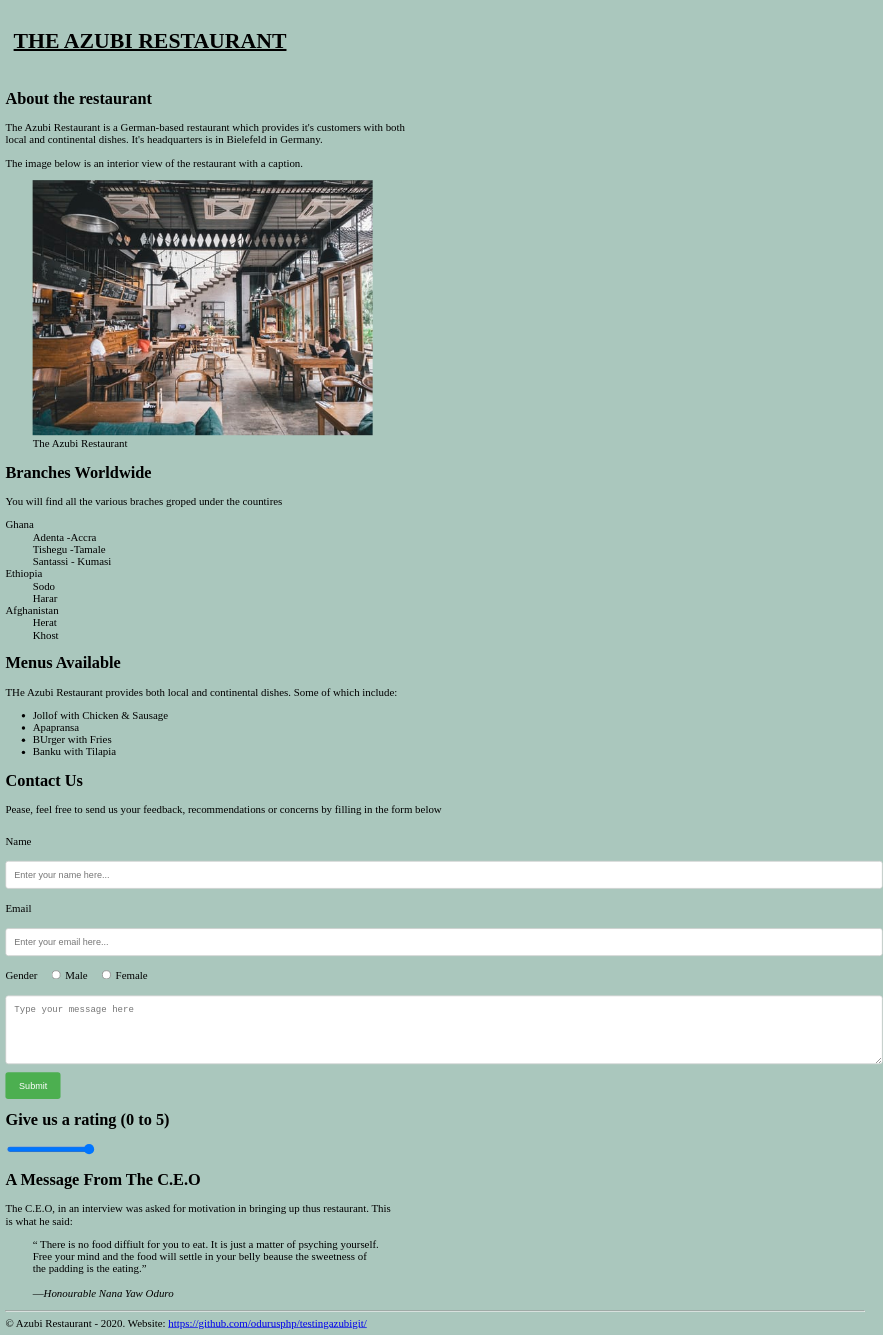
Repository: odurusphp/testingazubigit
Page: Fortune/FortunatusWulnye.html
An editor plug-in stored every save of this project. The page is shown before and after the next save, followed by the edit.
The browser window is 1280 px wide. The page is 1298 px wide, so the pictures cover 1298 px, including what lies to the right of the window. The pictures show the whole page, at 68% of full size.

Above is the page before, as saved 2020-08-02 13:39:42.

### Fortune/FortunatusWulnye.html
<!--COMMENTS THAT ARE MINE ARE WRITTEN IN CAPITAL LETTERS-->
<!--THE GENERAL STRUCTURE OF THE PAGE IS GOOD WITH THE INDENTATION TOO-->
<!--THE CLASSES THAT YOU IMPLEMENTED TOO ARE GREAT KEEP IT UP-->
<!DOCTYPE html>
<html lang="en">
  <head>

    <meta charset="UTF-8" />
    <meta name="viewport" content="width=device-width, initial-scale=1.0" />
    <title>The Azubi Restaurant</title>
    <meta name="descrition" content="A website for Azubi restaurant">
    <meta name="author" content="Fortunatus Aabangbio Wulnye">
    <link rel="stylesheet" href="css/style.css">

  </head>

  <body>

    <div class="main-container">
      <div class="mainHeading"></div>
        <h1><u>THE AZUBI RESTAURANT</u> </h1>
      </div>

      <div class="content">
        <div class="About">
          <h2>About the restaurant</h2>
          <p>
            The Azubi Restaurant is a German-based restaurant which provides
            it's customers with both <br />
            local and continental dishes. It's headquarters is in Bielefeld in
            Germany.
          </p>
          <p>
            The image below is an interior view of the restaurant with a caption.
          </p>
          <!--IN ADDING THE IMAGE YOU TYPED OUT THE SRC WRONGLY KINDLY TAKE NOTE AND DO WELL TO REVIEW YOUR PAGE ALWAYS-->
          <figure>
            <img
              src="images/FortununatusWulnyeRestaurant.jpg"
              alt="Azubi Restaurant"
            />
            <figcaption>The Azubi Restaurant</figcaption>
          </figure>
        </div>

        <div class="branches">
          <h2>Branches Worldwide</h2>
          <p>
            You will find all the various braches groped under the countires
          </p>
          <dl>
            <dt>Ghana</dt>
            <dd>Adenta -Accra</dd>
            <dd>Tishegu -Tamale</dd>
            <dd>Santassi - Kumasi</dd>

            <dt>Ethiopia</dt>
            <dd>Sodo</dd>
            <dd>Harar</dd>

            <dt>Afghanistan</dt>
            <dd>Herat</dd>
            <dd>Khost</dd>
          </dl>
        </div>

        <div class="menus">
          <h2>Menus Available</h2>
          <p>THe Azubi Restaurant provides both local and continental dishes. Some of which include:</p>
          <ul>
            <li>Jollof with Chicken & Sausage</li>
            <li>Apapransa</li>
            <li>BUrger with Fries</li>
            <li>Banku with Tilapia</li>
          </ul>
        </div>

        <div class="Contact">
          <h2>Contact Us</h2>
          <p>Pease, feel free to send us your feedback, recommendations or concerns by filling in the form below</p>
          <form action="" method="POST">
            <label for="fname">Name</label>
            <input type="text" name="fname" placeholder ="Enter your name here..." required> <br>

            <label for="email">Email</label>
            <input type="text" name="email" placeholder ="Enter your email here..." required> <br>

            <label for="gender">Gender</label>
            <input type="radio" id="male" value="male">
            <label for="gender">Male</label>
            <input type="radio" id="female" value="female">
            <label for="gender">Female</label> <br>

            <textarea name="message" id="" cols="20" rows="5" placeholder="Type your message here"></textarea> <br/>

            <input type="submit" value="Submit"  />
          </form>
          <br>

        </div>
        <br>

        <div class="rating">
          <h2>Give us a rating (0 to 5)</h2>
          <div class="slider">
             <input type="range" min="0" max="5" value="50">
          </div>
        </div>

        <div class="ceomessage">
          <h2>A Message From The C.E.O</h2>
          <P>The C.E.O, in an interview was asked for motivation in bringing up thus restaurant. This<br> is what he said: <blockquote> <q> There is no food diffiult for you to eat. It is just a matter of psyching yourself.<br> Free your mind and the food
          will settle in your belly beause the sweetness of <br> the padding is the eating.</q><br> <br>
        &mdash;<cite>Honourable Nana Yaw Oduro</cite>
      </blockquote>
           </P>
        </div>
        <hr />

        <footer>
          &copy; Azubi Restaurant - 2020. Website: <a
          href="https://github.com/odurusphp/testingazubigit/">https://github.com/odurusphp/testingazubigit/</a>
        </footer>
      </div>
    </div>

  </body>
</html>

### Fortune/css/style.css
body {
  background-color: rgb(170, 199, 189);
  box-sizing: border-box;
}

.main-container {
  border-radius: 2px;
  padding: 12px;
}

label {
  padding: 12px 12px 12px 0;
  display: inline-block;
}

input[type="text"],
select,
textarea {
  width: 100%;
  padding: 12px;
  border: 1px solid #ccc;
  border-radius: 4px;
  resize: vertical;
  margin: 8px 0;
}

input[type="submit"] {
  background-color: #4caf50;
  color: white;
  padding: 12px 20px;
  border: none;
  border-radius: 4px;
  cursor: pointer;
  float: left;
}

After the next save:
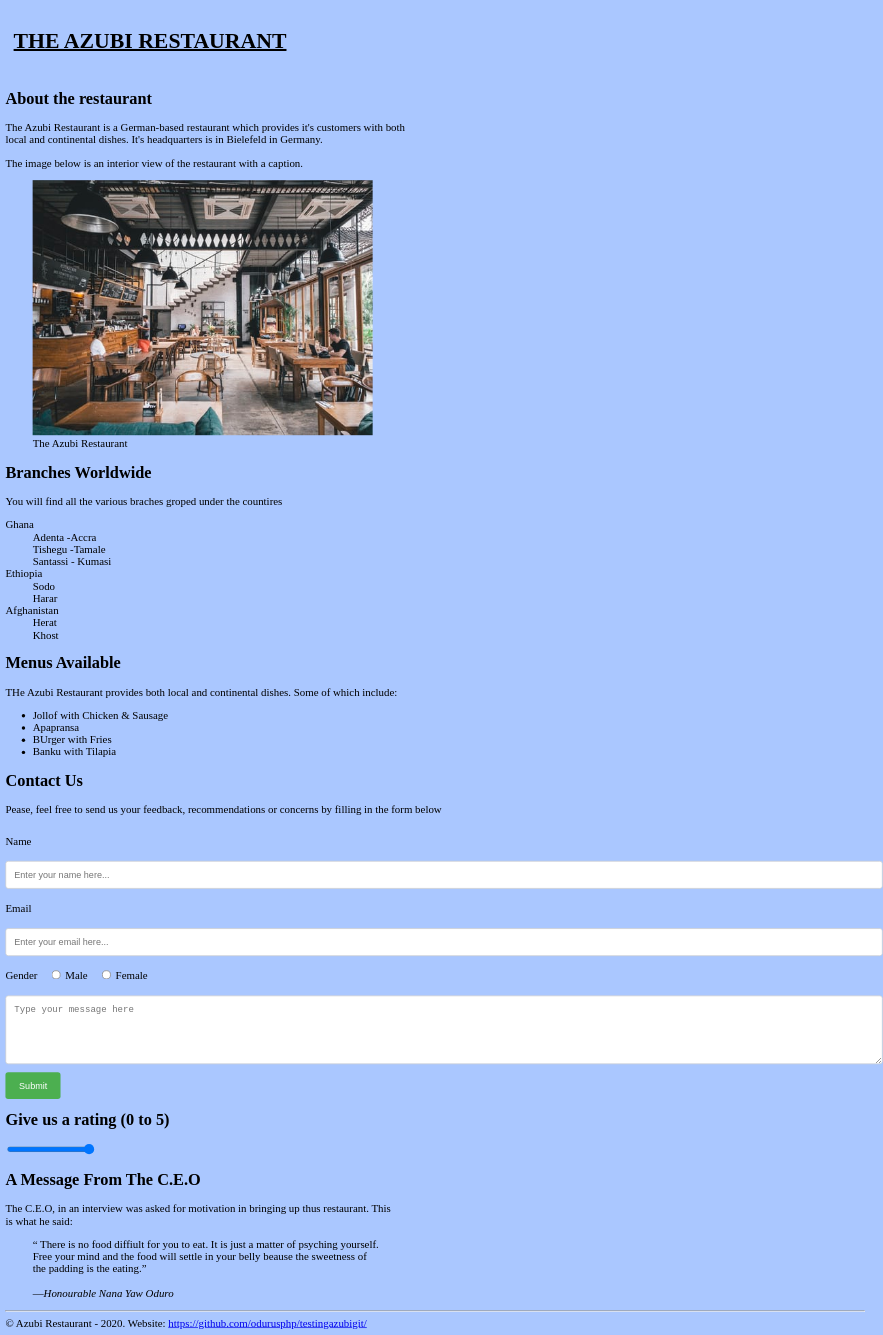
Saved 36 s later.
--- a/Fortune/css/style.css
+++ b/Fortune/css/style.css
@@ -1,5 +1,5 @@
 body {
-  background-color: rgb(170, 199, 189);
+  background-color: rgb(170, 199, 360);
   box-sizing: border-box;
 }
 

After the save that followed:
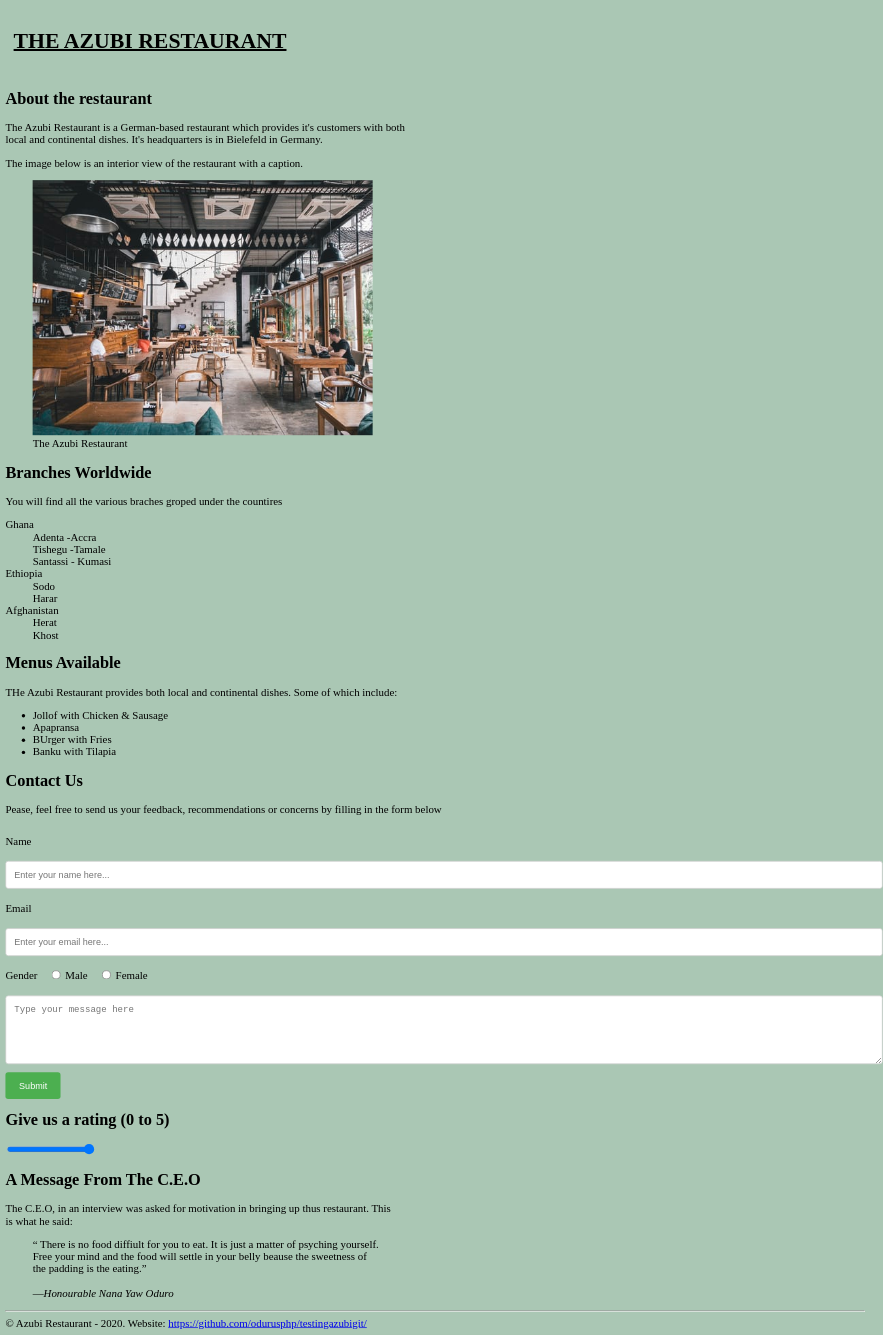
Saved 13 s later.
--- a/Fortune/css/style.css
+++ b/Fortune/css/style.css
@@ -1,5 +1,5 @@
 body {
-  background-color: rgb(170, 199, 360);
+  background-color: rgb(170, 199, 180);
   box-sizing: border-box;
 }
 
